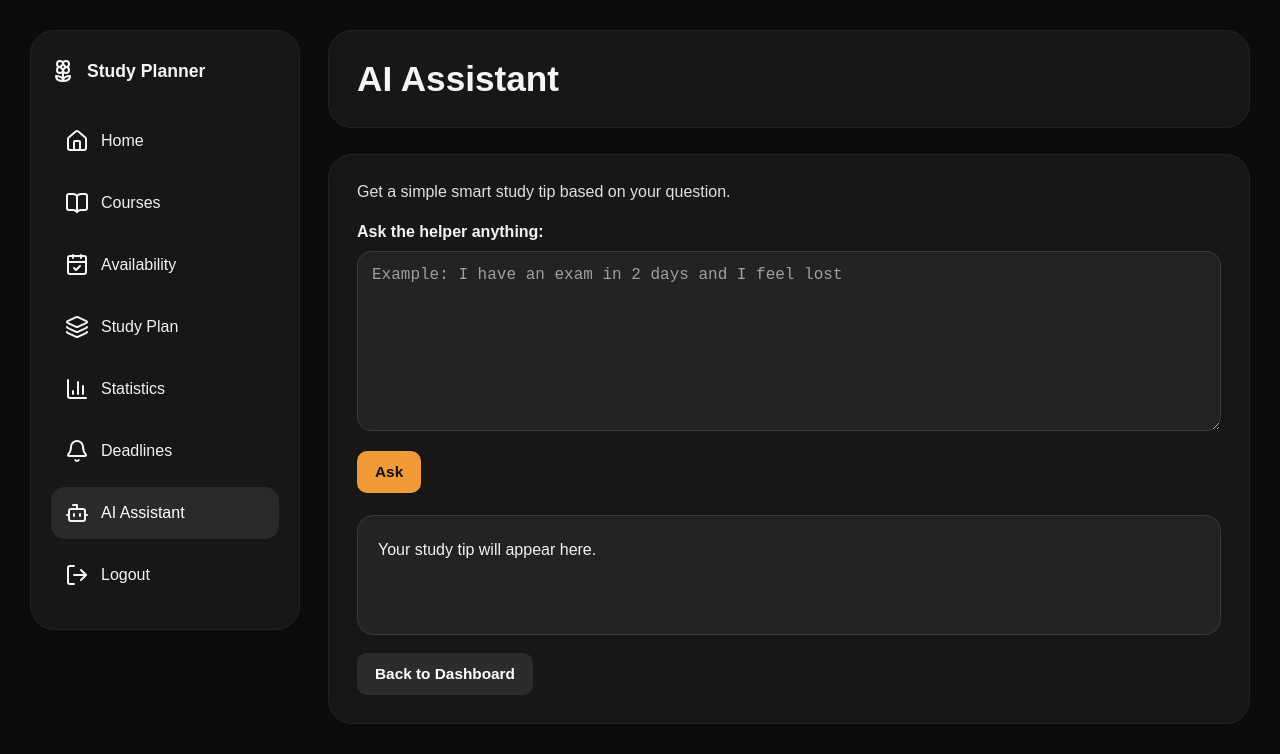
Repository: HaifaBaderBinDuhaim/web
Page: Frontend/ai-helper.html
An editor plug-in stored every save of this project. The page is shown before and after the next save, followed by the edit.
The browser window is 1280 px wide. The pictures show the whole page.

Above is the page before, as saved 2026-04-10 22:45:26.
Not found: Frontend/ai-helper.js

After the next save:
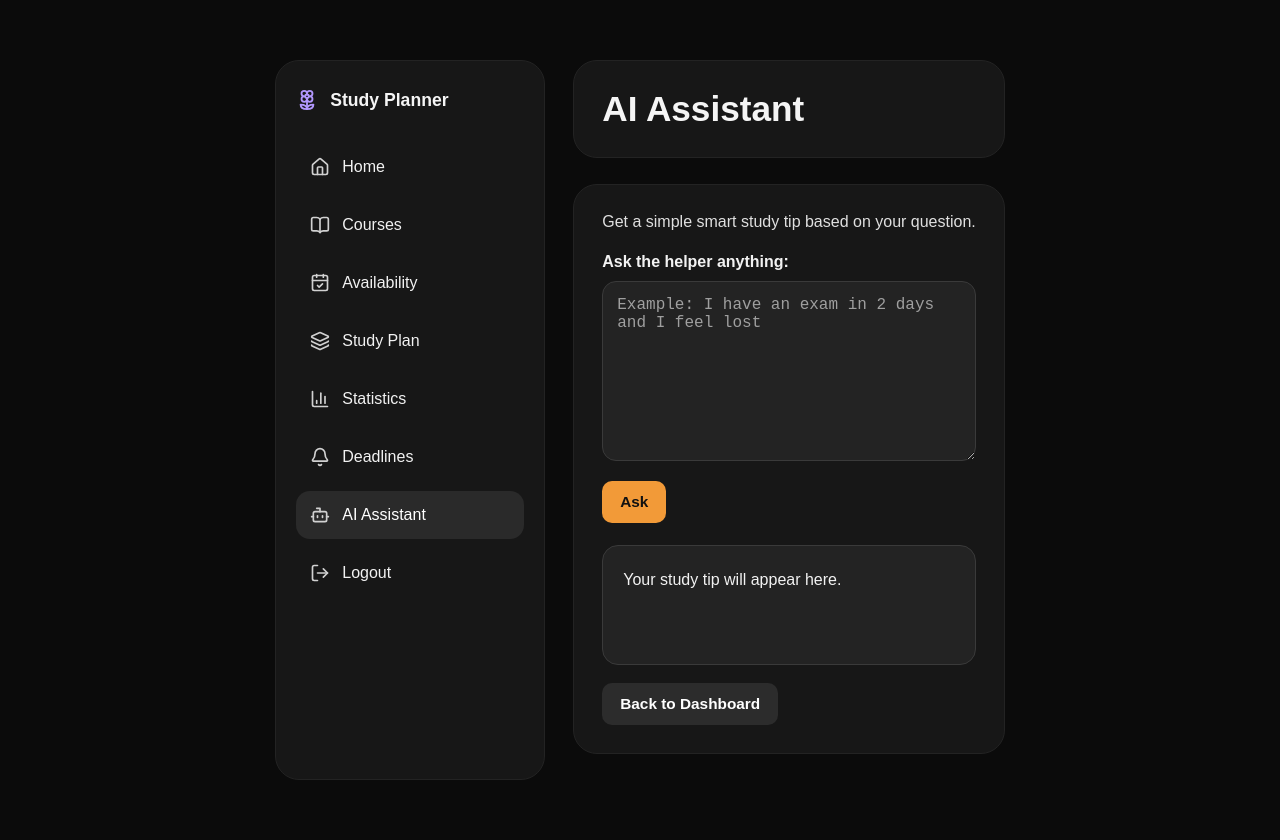
Saved 18 s later.
--- a/Frontend/ai-helper.html
+++ b/Frontend/ai-helper.html
@@ -4,7 +4,7 @@
     <meta charset="UTF-8" />
     <meta name="viewport" content="width=device-width, initial-scale=1.0" />
     <title>AI Study Helper - Smart Study Planner</title>
-    <link rel="stylesheet" href="style shams.css" />
+    <link rel="stylesheet" href="styleLogin.css" />
     <script src="https://unpkg.com/lucide@latest"></script>
   </head>
   <body class="ai-page body-sidebare">

After the save that followed:
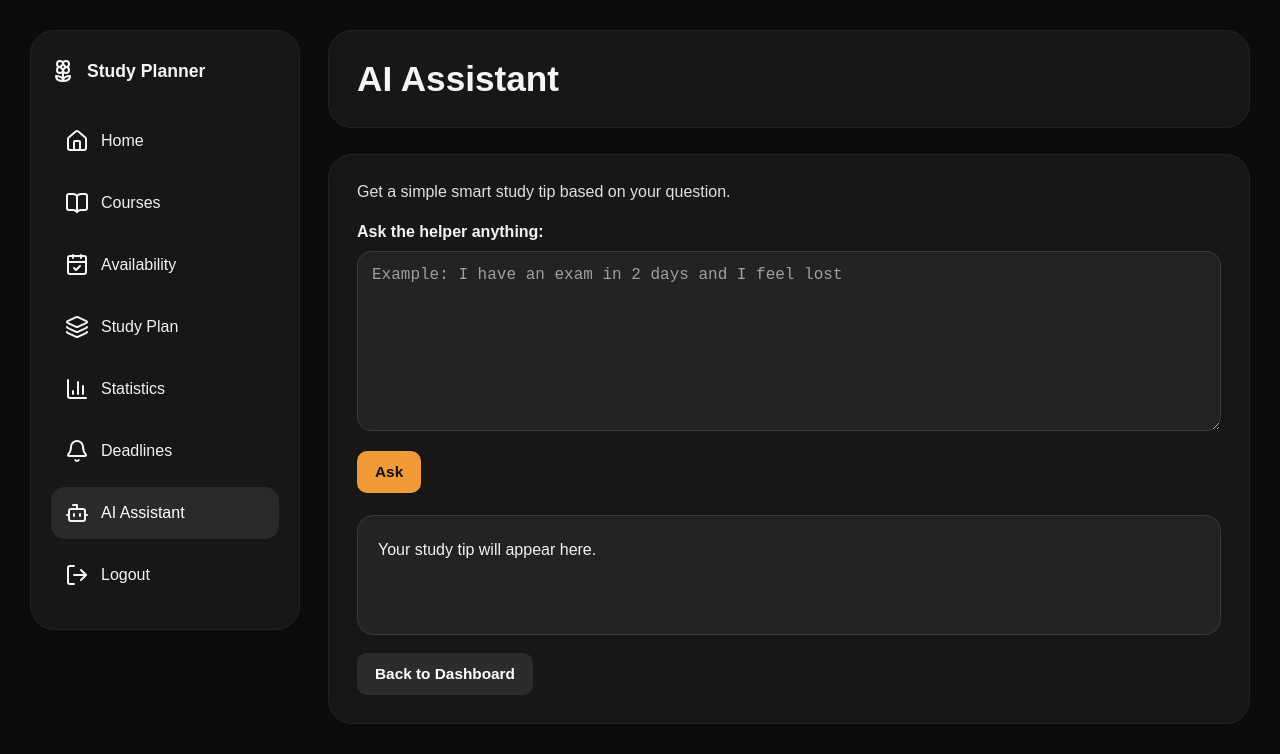
Saved 31 s later.
--- a/Frontend/ai-helper.html
+++ b/Frontend/ai-helper.html
@@ -4,7 +4,7 @@
     <meta charset="UTF-8" />
     <meta name="viewport" content="width=device-width, initial-scale=1.0" />
     <title>AI Study Helper - Smart Study Planner</title>
-    <link rel="stylesheet" href="styleLogin.css" />
+    <link rel="stylesheet" href="style shams.css" />
     <script src="https://unpkg.com/lucide@latest"></script>
   </head>
   <body class="ai-page body-sidebare">
